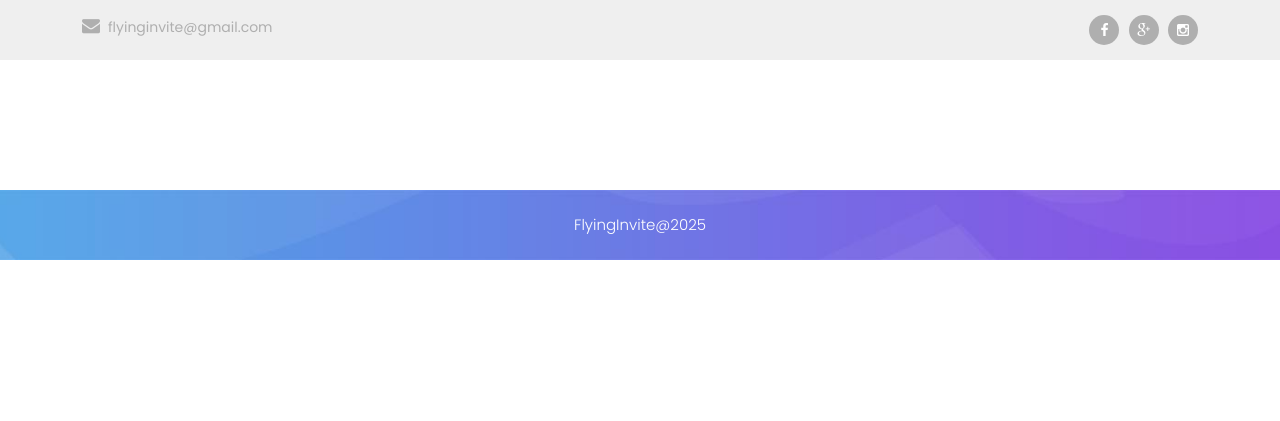
Repository: viraj7551/Flying-Invite-Project
Page: http://localhost/FlyingInvite/verifyEmail.jsp
These files come from the project's save history. The page is drawn as it stood at one moment and after the next save; the edit follows.
The browser window is 1280 px wide. The pictures show the whole page.
The page is served by Tomcat 9. Other server files are loaded and not shown.

Above is the page before, as saved 2025-04-20 09:03:46.

### FlyingInvite/WebContent/verifyEmail.jsp
<%@ page language="java" contentType="text/html; charset=ISO-8859-1"
    pageEncoding="ISO-8859-1"%>
<!DOCTYPE html>
<html>
<head>
  <meta charset="UTF-8">
  <meta name="viewport" content="width=device-width, initial-scale=1, shrink-to-fit=no">
  <meta name="description" content="">
  <meta name="author" content="">
  <link rel="preconnect" href="https://fonts.googleapis.com">
  <link rel="preconnect" href="https://fonts.gstatic.com" crossorigin>
  <link href="https://fonts.googleapis.com/css2?family=Poppins:wght@100;200;300;400;500;600;700;800;900&display=swap" rel="stylesheet">

  <title>Flying Invite | Name Suggestor</title>

  <!-- Bootstrap core CSS -->
  <link href="vendor/bootstrap/css/bootstrap.min.css" rel="stylesheet">


  <!-- Additional CSS Files -->
  <link rel="stylesheet" href="assets/css/fontawesome.css">
  <link rel="stylesheet" href="assets/css/app.css">
  <link rel="stylesheet" href="assets/css/animated.css">
  <link rel="stylesheet" href="assets/css/owl.css">
  <link rel="stylesheet" href="assets/css/style.css">

  <script async src="https://www.googletagmanager.com/gtag/js?id=G-DZ4MP44ET9"></script>
<script>
  window.dataLayer = window.dataLayer || [];
  function gtag(){dataLayer.push(arguments);}
  gtag('js', new Date());

  gtag('config', 'G-DZ4MP44ET9');
</script>


</head>
<body>

   <%
      if(session.getAttribute("generatedOTP") != null){
    	  session.invalidate();
      }
   %>


 <!-- ***** Preloader Start ***** -->
  <div id="js-preloader" class="js-preloader">
    <div class="preloader-inner">
      <span class="dot"></span>
      <div class="dots">
        <span></span>
        <span></span>
        <span></span>
      </div>
    </div>
  </div>

    <!-- ***** Preloader End ***** -->

  <!-- Pre-header Starts -->
  <div class="pre-header">
    <div class="container">
      <div class="row">
        <div class="col-lg-8 col-sm-8 col-7">
          <ul class="info">
            <li><a href="#"><i class="fa fa-envelope"></i>flyinginvite@gmail.com</a></li>
          </ul>
        </div>
        <div class="col-lg-4 col-sm-4 col-5">
          <ul class="social-media">
            <li><a href="https://www.facebook.com/profile.php?id=61567671551405" target="_blank"><i class="fa fa-facebook"></i></a></li>
            <li><a href="#"><i class="fa fa-google-plus"></i></a></li>
            <li><a href="https://www.instagram.com/flyinginvite/?igsh=Yjh6aXM5eHZ3a3Nt" target="_blank"><i class="fa fa-instagram"></i></a></li>
          </ul>
        </div>
      </div>
    </div>
  </div>
  <!-- Pre-header End -->
















  <!-- Footer -->
  <footer>
    <div class="container">
      <div class="row">
        <div class="col-lg-12">
           <p>FlyingInvite@2025</p>
        </div>
      </div>
    </div>
  </footer>

  <!-- Scripts -->
  <script src="vendor/jquery/jquery.min.js"></script>
  <script src="vendor/bootstrap/js/bootstrap.bundle.min.js"></script>
  <script src="assets/js/owl-carousel.js"></script>
  <script src="assets/js/animation.js"></script>
  <script src="assets/js/imagesloaded.js"></script>
  <script src="assets/js/custom.js"></script>
  <script src="assets/js/app.js"></script>
</body>
</html>

### FlyingInvite/WebContent/assets/css/owl.css
/**
 * Owl Carousel v2.3.4
 * Copyright 2013-2018 David Deutsch
 * Licensed under: SEE LICENSE IN https://github.com/OwlCarousel2/OwlCarousel2/blob/master/LICENSE
 */
/*
 *  Owl Carousel - Core
 */
.owl-carousel {
  display: none;
  width: 100%;
  -webkit-tap-highlight-color: transparent;
  /* position relative and z-index fix webkit rendering fonts issue */
  position: relative;
  z-index: 1; }
  .owl-carousel .owl-stage {
    position: relative;
    -ms-touch-action: pan-Y;
    touch-action: manipulation;
    -moz-backface-visibility: hidden;
    /* fix firefox animation glitch */ }
  .owl-carousel .owl-stage:after {
    content: ".";
    display: block;
    clear: both;
    visibility: hidden;
    line-height: 0;
    height: 0; }
  .owl-carousel .owl-stage-outer {
    position: relative;
    overflow: hidden;
    /* fix for flashing background */
    -webkit-transform: translate3d(0px, 0px, 0px); }
  .owl-carousel .owl-wrapper,
  .owl-carousel .owl-item {
    -webkit-backface-visibility: hidden;
    -moz-backface-visibility: hidden;
    -ms-backface-visibility: hidden;
    -webkit-transform: translate3d(0, 0, 0);
    -moz-transform: translate3d(0, 0, 0);
    -ms-transform: translate3d(0, 0, 0); }
  .owl-carousel .owl-item {
    position: relative;
    min-height: 1px;
    float: left;
    -webkit-backface-visibility: hidden;
    -webkit-tap-highlight-color: transparent;
    -webkit-touch-callout: none; }
  .owl-carousel .owl-item img {
    display: block;
    width: 100%; }
  .owl-carousel .owl-nav.disabled,
  .owl-carousel .owl-dots.disabled {
    display: none; }
  .owl-carousel .owl-nav .owl-prev,
  .owl-carousel .owl-nav .owl-next,
  .owl-carousel .owl-dot {
    cursor: pointer;
    -webkit-user-select: none;
    -khtml-user-select: none;
    -moz-user-select: none;
    -ms-user-select: none;
    user-select: none; }
  .owl-carousel .owl-nav button.owl-prev,
  .owl-carousel .owl-nav button.owl-next,
  .owl-carousel button.owl-dot {
    background: none;
    color: inherit;
    border: none;
    padding: 0 !important;
    font: inherit; }
  .owl-carousel.owl-loaded {
    display: block; }
  .owl-carousel.owl-loading {
    opacity: 0;
    display: block; }
  .owl-carousel.owl-hidden {
    opacity: 0; }
  .owl-carousel.owl-refresh .owl-item {
    visibility: hidden; }
  .owl-carousel.owl-drag .owl-item {
    -ms-touch-action: pan-y;
        touch-action: pan-y;
    -webkit-user-select: none;
    -moz-user-select: none;
    -ms-user-select: none;
    user-select: none; }
  .owl-carousel.owl-grab {
    cursor: move;
    cursor: grab; }
  .owl-carousel.owl-rtl {
    direction: rtl; }
  .owl-carousel.owl-rtl .owl-item {
    float: right; }

/* No Js */
.no-js .owl-carousel {
  display: block; }

/*
 *  Owl Carousel - Animate Plugin
 */
.owl-carousel .animated {
  animation-duration: 1000ms;
  animation-fill-mode: both; }

.owl-carousel .owl-animated-in {
  z-index: 0; }

.owl-carousel .owl-animated-out {
  z-index: 1; }

.owl-carousel .fadeOut {
  animation-name: fadeOut; }

@keyframes fadeOut {
  0% {
    opacity: 1; }
  100% {
    opacity: 0; } }

/*
 * 	Owl Carousel - Auto Height Plugin
 */
.owl-height {
  transition: height 500ms ease-in-out; }

/*
 * 	Owl Carousel - Lazy Load Plugin
 */
.owl-carousel .owl-item {
  /**
			This is introduced due to a bug in IE11 where lazy loading combined with autoheight plugin causes a wrong
			calculation of the height of the owl-item that breaks page layouts
		 */ }
  .owl-carousel .owl-item .owl-lazy {
    opacity: 0;
    transition: opacity 400ms ease; }
  .owl-carousel .owl-item .owl-lazy[src^=""], .owl-carousel .owl-item .owl-lazy:not([src]) {
    max-height: 0; }
  .owl-carousel .owl-item img.owl-lazy {
    transform-style: preserve-3d; }

/*
 * 	Owl Carousel - Video Plugin
 */
.owl-carousel .owl-video-wrapper {
  position: relative;
  height: 100%;
  background: #000; }

.owl-carousel .owl-video-play-icon {
  position: absolute;
  height: 80px;
  width: 80px;
  left: 50%;
  top: 50%;
  margin-left: -40px;
  margin-top: -40px;
  background: url("owl.video.play.png") no-repeat;
  cursor: pointer;
  z-index: 1;
  -webkit-backface-visibility: hidden;
  transition: transform 100ms ease; }

.owl-carousel .owl-video-play-icon:hover {
  -ms-transform: scale(1.3, 1.3);
      transform: scale(1.3, 1.3); }

.owl-carousel .owl-video-playing .owl-video-tn,
.owl-carousel .owl-video-playing .owl-video-play-icon {
  display: none; }

.owl-carousel .owl-video-tn {
  opacity: 0;
  height: 100%;
  background-position: center center;
  background-repeat: no-repeat;
  background-size: contain;
  transition: opacity 400ms ease; }

.owl-carousel .owl-video-frame {
  position: relative;
  z-index: 1;
  height: 100%;
  width: 100%; }

### FlyingInvite/WebContent/assets/css/style.css
/* Aligns the heading text to the center. */

h1 {
    text-align: center;
  }

  /* Sets the width for the accordion. Sets the margin to 90px on the top and bottom and auto to the left and right */
.accordion-body{
    margin-top: 100px;
}


.navigate_section{
    margin: 90px auto;
}

#navigateHeader{
  display: none;
}
#navigateBtn{
  padding: 20px;
  background-color: #213448;
  color: #fff;
  margin-left: 350px;
  margin-top: 170px;
  margin-bottom: 170px;
  border-radius: 5px;
  width: max-content;
}
.blink_me{
  animation: blinker 1s linear infinite;
}

@keyframes blinker {
  50% {
    opacity: 0;
  }
}

#coming_soon_header{
  padding: 20px;
  color: #213448;
  margin-left: 350px;
  margin-top: 170px;
  margin-bottom: 170px;
  border-radius: 5px;
  width: max-content;
}

#navigateBtn:hover {
   background-color: #27548A;
}

  .accordion {
    width: 800px;
    margin: 90px auto;
    color: black;
    background-color: white;
    padding: 45px 45px;
  }

  .accordion .container {
    position: relative;
    margin: 10px 10px;
  }

  /* Positions the labels relative to the .container. Adds padding to the top and bottom and increases font size. Also makes its cursor a pointer */

  .accordion .label {
    position: relative;
    padding: 10px 0;
    font-size: 24px;
    color: black;
    cursor: pointer;
  }

  /* Positions the plus sign 5px from the right. Centers it using the transform property. */

.accordion .label::before {
    content: '+';
    color: black;
    position: absolute;
    top: 50%;
    right: -5px;
    font-size: 24px;
    transform: translateY(-50%);
  }

  /* Hides the content (height: 0), decreases font size, justifies text and adds transition */

  .accordion .content {
    position: relative;
    background: white;
    height: 0;
    font-size: 16px;
    text-align: justify;
    width: 780px;
    overflow: hidden;
    transition: 0.5s;
  }

  /* Adds a horizontal line between the contents */

  .accordion hr {
    width: 100;
    margin-left: 0;
    border: 1px solid grey;
  }

  /* Unhides the content part when active. Sets the height */

.accordion .container.active .content {
    height: 90px;
  }




  /* Changes from plus sign to negative sign once active */

  .accordion .container.active .label::before {
    content: '-';
    font-size: 30px;
  }


 @media (max-width: 1200px) {
    #navigateBtn{
      margin-left: 180px;
     }
  }

 @media only screen and (max-width: 1024px) {
    #coming_soon_header{
      margin-left: 180px;
    }
}

 @media only screen and (max-width: 1180px) {
    #coming_soon_header{
      margin-left: 180px;
    }
  }


  @media (max-width: 992px) {


    .accordion .container.active .content{
      width: auto;
      height: 100px;
    }

    #navigateBtn{
    margin-left: 55px;
   }
  }

   @media only screen and (max-width: 932px) and (min-width: 740px){
  #navigateBtn{
    margin-left: 135px;
   }

   #navigateHeader{
    display: block;
    margin-left: 110px;
  }
  #coming_soon_header{
    margin-left: 110px;
  }
 }



  @media (max-width: 767px){

    .accordion{
        width: auto;
    }
    .accordion .label {
        font-size: 16px;
      }

      .accordion .content {
        font-size: 14px;
        text-align: justify;
        width: 200px;
        overflow: hidden;
      }

      #navigateHeader{
        display: block;
        margin-left: 20px;
      }

      #coming_soon_header{
        margin-left: 20px;
      }
  }

    @media only screen and (max-width: 360px){
      #navigateHeader{
        display: block;
        margin-left: 60px;
      }
  }

Loaded but not shown: FlyingInvite/WebContent/assets/css/fontawesome.css (library); FlyingInvite/WebContent/assets/css/animated.css (common file); FlyingInvite/WebContent/assets/js/owl-carousel.js (3448 lines, source omitted); FlyingInvite/WebContent/assets/js/imagesloaded.js (496 lines, source omitted); FlyingInvite/WebContent/assets/js/animation.js (193 lines, source omitted); FlyingInvite/WebContent/assets/js/custom.js (172 lines, source omitted); FlyingInvite/WebContent/assets/js/app.js (7 lines, source omitted); FlyingInvite/WebContent/assets/css/app.css (2123 lines, source omitted)

After the next save:
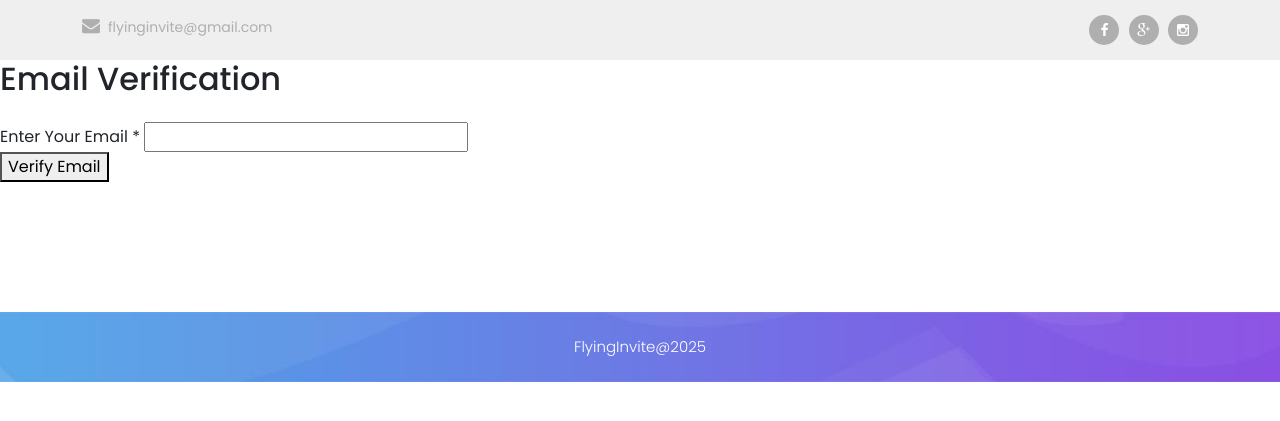
Saved 17 s later.
--- a/FlyingInvite/WebContent/verifyEmail.jsp
+++ b/FlyingInvite/WebContent/verifyEmail.jsp
@@ -81,7 +81,14 @@
 
 
 
-
+    <div id="form-container">
+        <h2>Email Verification</h2> <br>
+        <form id="signup-form" method="POST" action="/Child_Name_Generator/VerifyEmail" onsubmit="return baby_name_generator()">
+            <label for="email">Enter Your Email *</label>
+            <input type="email" id="email" name="email" required><br>
+            <button type="submit">Verify Email</button>
+        </form>
+    </div>
 
 
 
